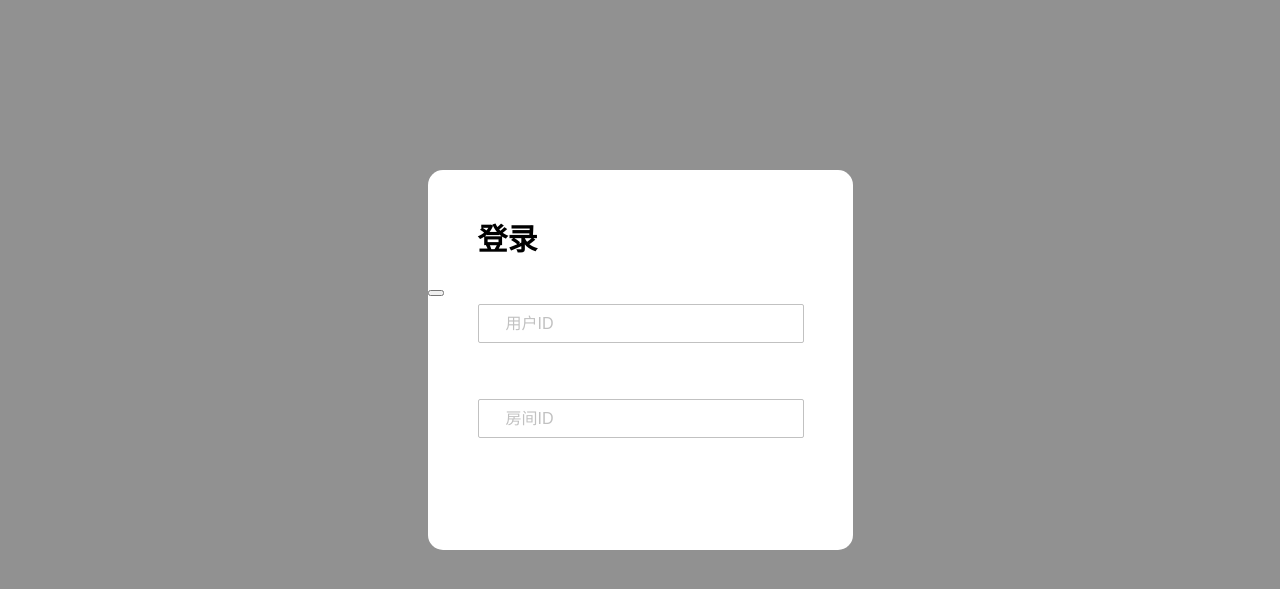
Repository: sjtu-course/homework
Page: GongZening/Week2/Web/LoginPage.html
An editor plug-in stored every save of this project. The page is shown before and after the next save, followed by the edit.
The browser window is 1280 px wide. The pictures show the whole page.

Above is the page before, as saved 2020-11-07 17:07:36.

### GongZening/Week2/Web/LoginPage.html
<!DOCTYPE html>
<html>
    <head>
        <meta charset="utf-8">
        <title>LoginPage</title>
        <style>
            input::-webkit-input-placeholder{
                color:#c1c1c1;
                font-size: 16px;
                padding-left: 25px;
            }
        </style>
        <link rel="stylesheet" type="text/css" href="css/Round_Rect.css" />
        <link rel="stylesheet" type="text/css" href="css/login.css" />
        <link rel="stylesheet" type="text/css" href="css/Edit_Text.css" />
    </head>

    <body style="background-color: #919191;">
        <div id="round_rect">
            <h1 id="login">登录</h1>
            <input type="text" class="edit_text" placeholder="房间ID" style="margin-top: 120px;">
            <input type="text" class="edit_text" placeholder="用户ID" style="margin-top: 25px;">
            <button ></button>
        </div>
    </body>
</html>

### GongZening/Week2/Web/css/Round_Rect.css
@charset "utf-8";
#round_rect{
	width: 425px;
	height: 380px;
	background-color: white;
	/* 圆角大小 */
	border-radius: 15px;
	/* 位置居中 */
	position: absolute;
	margin: auto;
	top: 0;
	right: 0;
	left: 0;
	bottom: 0;
}

### GongZening/Week2/Web/css/login.css
@charset "utf-8";
#login{
    font-size: 30px;
    color: black;
    margin-top: 45px;
    margin-left: 50px;
}

### GongZening/Week2/Web/css/Edit_Text.css
@charset "utf-8";
.edit_text{
    position: absolute;
    width: 320px;
    height: 35px;
    margin-left: 50px;
    border-radius: 2px;
    border:1px solid #c1c1c1;
    font-size: 16px;
}

After the next save:
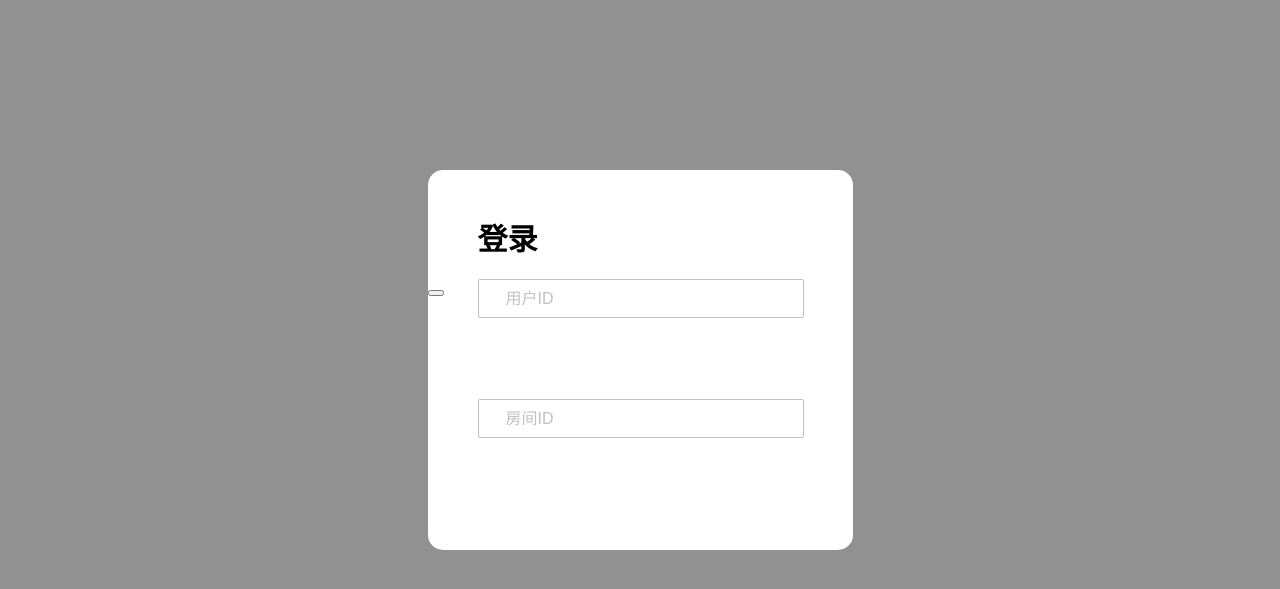
Saved 111 s later.
--- a/GongZening/Week2/Web/LoginPage.html
+++ b/GongZening/Week2/Web/LoginPage.html
@@ -19,7 +19,7 @@
         <div id="round_rect">
             <h1 id="login">登录</h1>
             <input type="text" class="edit_text" placeholder="房间ID" style="margin-top: 120px;">
-            <input type="text" class="edit_text" placeholder="用户ID" style="margin-top: 25px;">
+            <input type="text" class="edit_text" placeholder="用户ID" >
             <button ></button>
         </div>
     </body>
